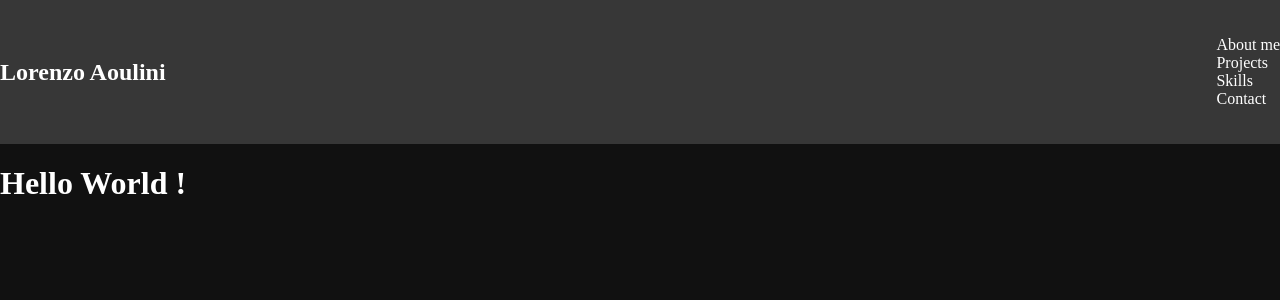
Repository: lolo298/lolo298.github.io
Page: index.html
An editor plug-in stored every save of this project. The page is shown before and after the next save, followed by the edit.
The browser window is 1280 px wide. The pictures show the whole page.

Above is the page before, as saved 2022-05-09 17:41:24.

### index.html
<!DOCTYPE html>
<html lang="en">

<head>
    <meta charset="UTF-8">
    <meta http-equiv="X-UA-Compatible" content="IE=edge">
    <meta name="viewport" content="width=device-width, initial-scale=1.0">
    <link rel="stylesheet" href="css/style.css">
    <title>Portfolio</title>
</head>

<body>
    <div class="main-container">
        <nav class="main-navbar">
            <h1>Lorenzo Aoulini</h1>
            <div>
                <a class="main-navbar-item">
                    <div href="#">About me</div>
                </a>
                <a class="main-navbar-item">
                    <div href="#">Projects</div>
                </a>
                <a class="main-navbar-item">
                    <div href="#">Skills</div>
                </a>
                <a class="main-navbar-item">
                    <div href="#">Contact</div>
                </a>
            </div>

        </nav>
        <h1>Hello World !</h1>

    </div>

</body>

</html>

### css/style.css
html {
    background-color: #111111;
}

body {
    padding: 0;
    margin: 0;
    width: 100vw;
    height: 100vh;
}

.main-container {
    color: white;
    height: 100%;
    width: 100%;
}

.main-navbar {
    background-color: #373737;
    height: 20%;
    width: 100%;
    display: flex;
    justify-content: space-between;
    align-items: center;
}

.main-navbar>* {
    margin: 0;
}

.main-navbar-list {
    width: 25%;
    display: flex;
    flex-direction: row;
    align-items: center;
    justify-content: space-between;
    list-style: none;
    margin-right: 1%;
    height: 100%;
}

.main-navbar-item {
    display: inline;
    text-decoration: none;
    color: white;
    width: max-content;
}

.main-navbar-item:hover {
    background-color: #6A6A6A;
}

After the next save:
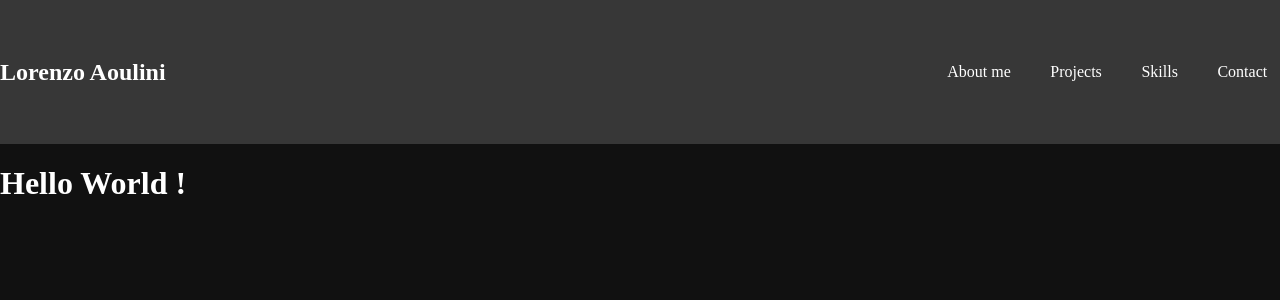
Saved 8 s later.
--- a/index.html
+++ b/index.html
@@ -13,7 +13,7 @@
     <div class="main-container">
         <nav class="main-navbar">
             <h1>Lorenzo Aoulini</h1>
-            <div>
+            <div class="main-navbar-list">
                 <a class="main-navbar-item">
                     <div href="#">About me</div>
                 </a>
